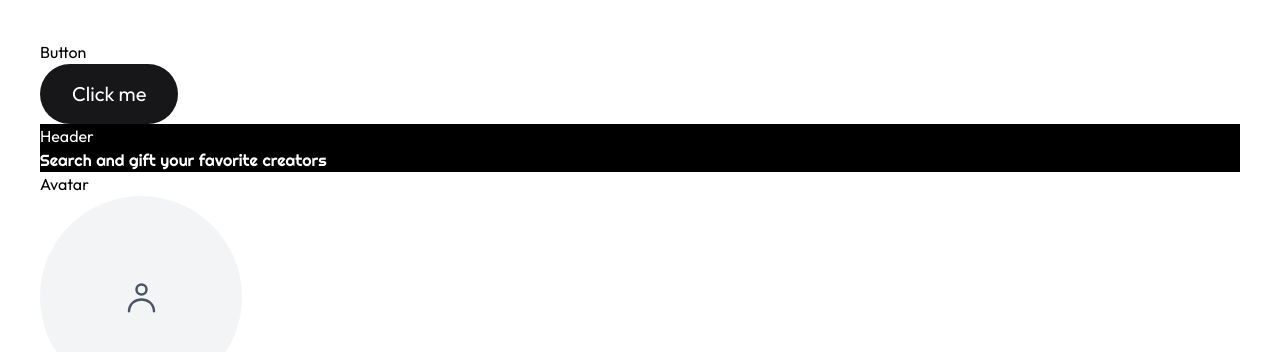
Repository: felixdusengimana/capstone-project-mirror
Page: /components (app in frontend/)
These files come from the project's save history. The page is drawn as it stood at one moment and after the next save; the edit follows.
The browser window is 1280 px wide. The pictures show the whole page.
The project was rebuilt for these pictures with package versions that can differ from the ones it lists, and the page was loaded fresh each time. The framework's server and built-in components were replaced by stand-ins that run in the browser. Also part of the build but not shown: frontend/next.config.mjs.

Above is the page before, as saved 2024-03-11 11:08:49.

After the next save:
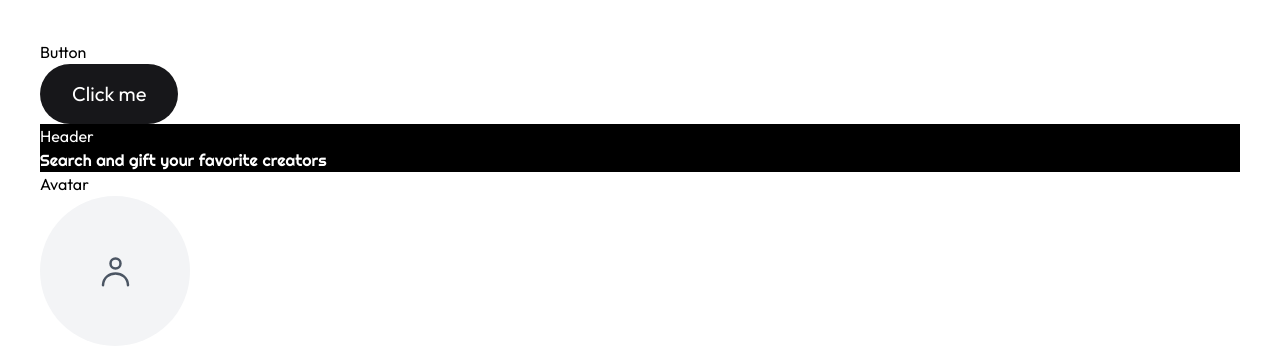
Saved 5 s later.
--- a/frontend/app/components/page.tsx
+++ b/frontend/app/components/page.tsx
@@ -16,7 +16,7 @@ export default function page() {
       </div>
       <div>
         <h1>Avatar</h1>
-        <Avatar src="" size="2xl" />
+        <Avatar src="" size="xl" />
       </div>
     </div>
   );
